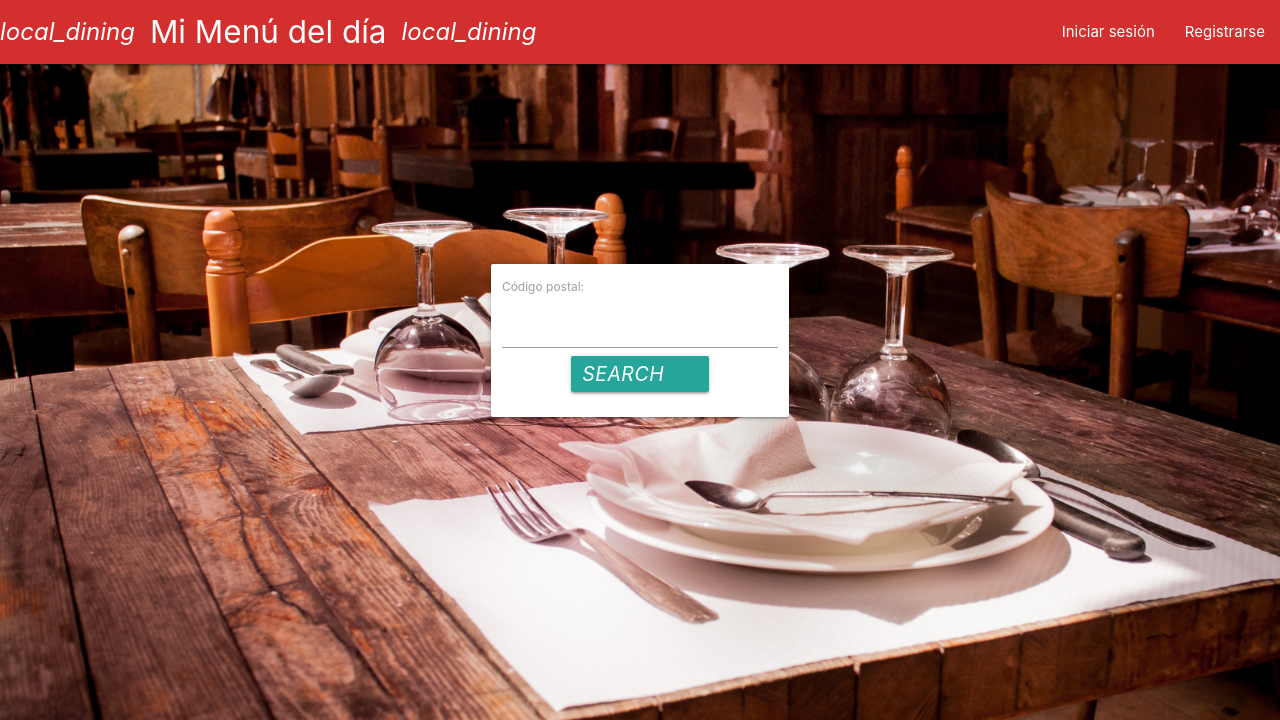
Repository: ixtab/ProyectoJavaRestaurante
Page: http://localhost/MiMenu/
The author's editor kept a copy of each file at every save. The page is drawn from the files as they stood at one save, then again after the next save.
The browser window is 1280 px wide. The pictures show the whole page.
The page is served by Tomcat 9.

Above is the page before, as saved 2019-03-17 19:41:44.

### MiMenu/WebContent/index.jsp
<%@ page language="java" contentType="text/html; charset=ISO-8859-1"
    pageEncoding="ISO-8859-1"%>
<!DOCTYPE html>
<html>
<head>
	<meta charset="utf-8">
      <link href="https://fonts.googleapis.com/icon?family=Material+Icons" rel="stylesheet">
      <link type="text/css" rel="stylesheet" href="css/materialize.min.css"  media="screen,projection"/>
      <link type="text/css" rel="stylesheet" href="css/style.css" />
      <meta name="viewport" content="width=device-width, initial-scale=1.0"/>
	<title>Mi Menú del día</title>

</head>
<body>

	<header>
			<nav>
			    <div class="red darken-2 nav-wrapper">
			      <a href="#" class="brand-logo"><i class="large material-icons">local_dining</i> Mi Menú del día <i class="large material-icons right">local_dining</i></a>
			      <ul id="nav-mobile" class="right hide-on-med-and-down">
			        <li><a href="iniciar.jsp">Iniciar sesión</a></li>
			        <li><a href="registro.jsp">Registrarse</a></li>
			      </ul>
			    </div>
			  </nav>
		</header>

	<div class="margen-superior container row">
		<div class="margen-superior card-panel col s4 offset-s4 padding">

			<form class = "flow-text">
				<label >Código postal:<input type="text" id="cp"></label>
			</form>
			<a class=" margen-inferior waves-effect waves-light btn col s6 offset-s3 hoverable" onclick="buscar()"><i class="material-icons left">search</i>Buscar</a>
		</div>
	</div>


	<script type="text/javascript" src="js/materialize.min.js"></script>
</body>
</html>

### MiMenu/WebContent/css/style.css
html {
    background: url(../img/fondo.jpg) no-repeat center center fixed;
    -webkit-background-size: cover;
    -moz-background-size: cover;
    -o-background-size: cover;
    background-size: cover;
}

body {

}


.margen-superior {
	margin-top: 100px;
}

.margen-inferior {
	margin-bottom: 25px;
}

.mapa {
	display: none;
}

.transparente {
	opacity: 0;
}

Loaded but not shown: MiMenu/WebContent/css/materialize.min.css (library); MiMenu/WebContent/js/materialize.min.js (library)

After the next save:
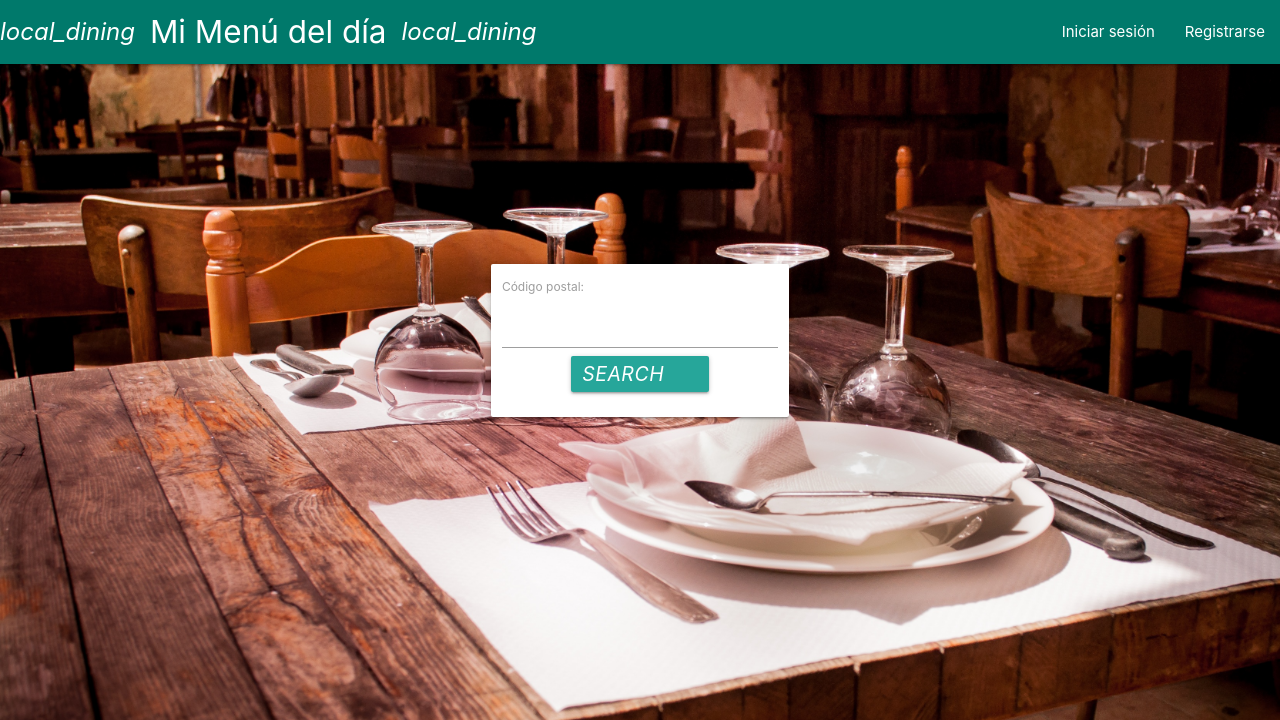
Saved 27 s later.
--- a/MiMenu/WebContent/index.jsp
+++ b/MiMenu/WebContent/index.jsp
@@ -15,7 +15,7 @@
 
 	<header>
 			<nav>
-			    <div class="red darken-2 nav-wrapper">
+			    <div class="teal darken-2 nav-wrapper">
 			      <a href="#" class="brand-logo"><i class="large material-icons">local_dining</i> Mi Menú del día <i class="large material-icons right">local_dining</i></a>
 			      <ul id="nav-mobile" class="right hide-on-med-and-down">
 			        <li><a href="iniciar.jsp">Iniciar sesión</a></li>
